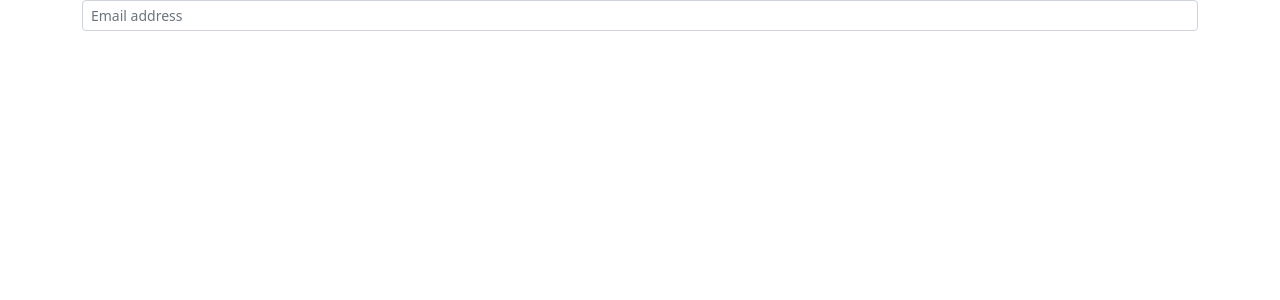
Repository: NPhanA/React2022
Page: / (app in Day 03-React/exercise/)
These files come from the project's save history. The page is drawn as it stood at one moment and after the next save; the edit follows.
The browser window is 1280 px wide. The pictures show the whole page.
The project was rebuilt for these pictures with package versions that can differ from the ones it lists, and the page was loaded fresh each time. Also part of the build but not shown: Day 03-React/exercise/src/App.css, Day 03-React/exercise/src/App.js, Day 03-React/exercise/src/Components/UserAgent.js, Day 03-React/exercise/src/Components/ProfileCard.js.

Above is the page before, as saved 2022-07-26 16:59:23.

After the next save:
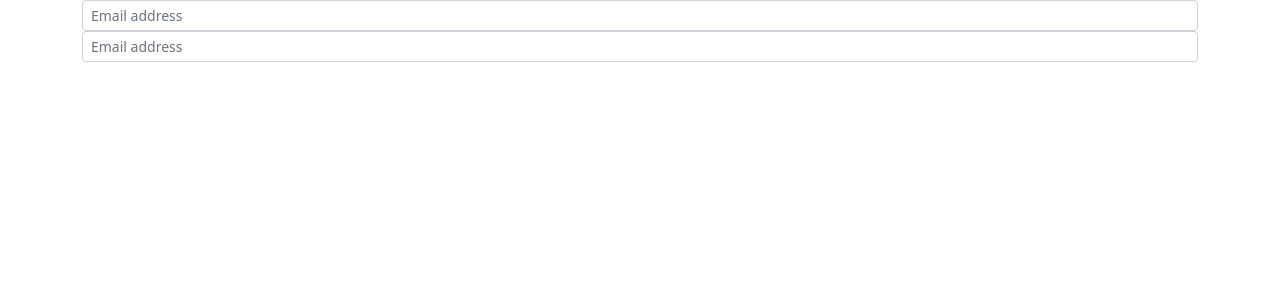
Saved 68 s later.
--- a/Day 03-React/exercise/src/Components/SignInForm.js
+++ b/Day 03-React/exercise/src/Components/SignInForm.js
@@ -3,6 +3,7 @@ function SignInForm() {
         <div className="container">
             <div className="row">
                 <div className="col-xs-12 col-xxl-3">
+                <input type="email" className="form-control form-control-sm" placeholder="Email address" required></input>
                 <input type="email" className="form-control form-control-sm" placeholder="Email address" required></input>
                 </div>
             </div>
